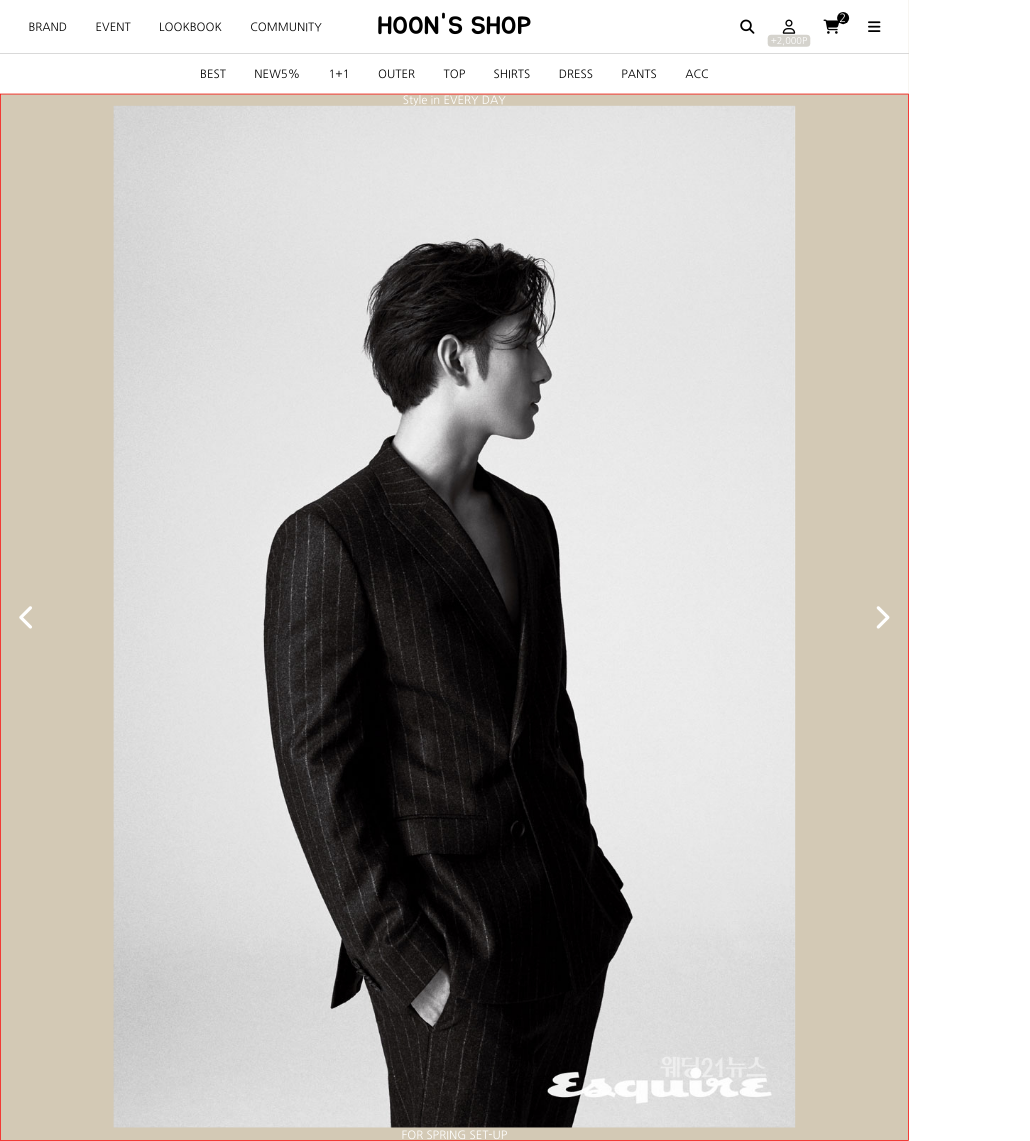
Repository: Iimchaehoon/cafeProject
Page: src/index.html
An editor plug-in stored every save of this project. The page is shown before and after the next save, followed by the edit.
The browser window is 1280 px wide. The page is 1280 px wide, then 1450 px, so the pictures cover 1450 px, including what lies to the right of the window. The pictures show the whole page, at 71% of full size.
Some web fonts or font styles are not loaded; a fallback is used. Some web libraries are served in a nearby version.

Above is the page before, as saved 2024-07-23 22:08:38.

After the next save:
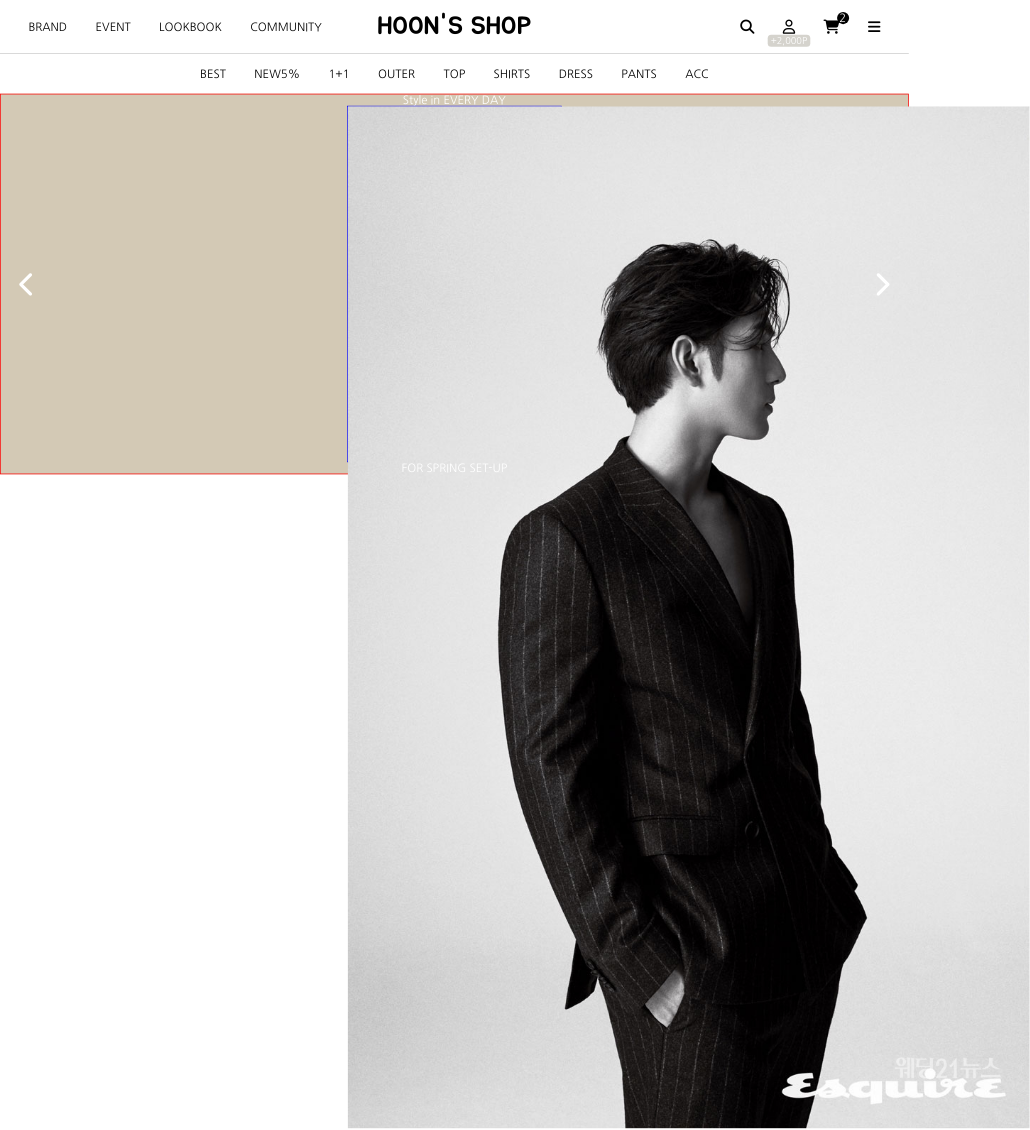
Saved 42 s later.
--- a/src/css/slider.css
+++ b/src/css/slider.css
@@ -21,3 +21,8 @@
   flex-direction: column;
   align-items: center;
 }
+.main__slider-image-container {
+  width: 300px;
+  height: 500px;
+  border: 1px solid blue;
+}
